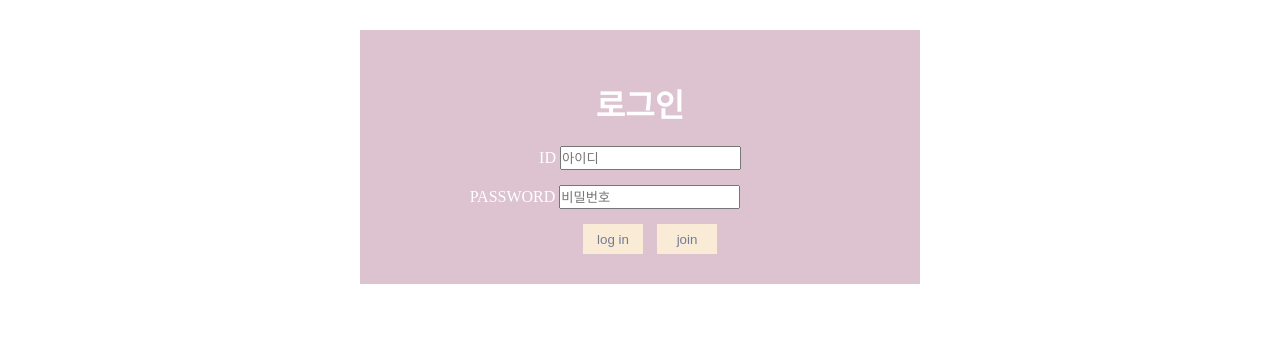
Repository: kayoyo/jsp
Page: http://localhost/BoardWeb_4/login
These files come from the project's save history. The page is drawn as it stood at one moment and after the next save; the edit follows.
The browser window is 1280 px wide. The pictures show the whole page.
The page is served by Tomcat 9. Other server files are loaded and not shown.

Above is the page before, as saved 2020-08-27 05:09:08.

### BoardWeb_4/WebContent/WEB-INF/jsp/user/login.jsp
<%@ page language="java" contentType="text/html; charset=UTF-8"
    pageEncoding="UTF-8"%>
<!DOCTYPE html>
<html>
<head>
<meta charset="UTF-8">
<style>
* { margin:0; padding: 0; }
 a {text-decoration:none; color: black;}
 .err {color: #585858;}
 #container {width: 500px; background-color: #ddc3d0;
 			margin: 0 auto; padding:30px; text-align:center; margin-top: 30px;]}
 h1 {margin: 20px; color: white;}
 .pw {margin-right: 70px;}
 .pw, .id {color: white; margin-bottom: 15px;}
 input {height : 20px;}
 #login {width: 60px; height: 30px; margin-left: 20px;
 		color: #727A9A; background-color: #faebd7; border:none;}
 #join {width: 60px; height: 30px; margin-left: 10px;
 		color: #727A9A; background-color: #faebd7; border:none;}


</style>
<title>로그인</title>
</head>
<body>
	<div id="container">
	<h1>로그인</h1>
	<div class="err">${msg}</div>
	<form action="/login" method="post" id="logFrom">
	<div class="id">ID
	<input type="text" name="user_id" placeholder="아이디" value="${data.user_id}"></div>
	<div class="pw">PASSWORD
	<input type="password" name="user_pw" placeholder="비밀번호"></div>
	<input type="submit" value="log in" id="login">
	<a href="/join"><button id="join">join</button></a>
	</form>
	</div>
</body>
</html>

### BoardWeb_4/src/com/koreait/pjt/user/LoginSer.java
package com.koreait.pjt.user;

import java.io.IOException;
import javax.servlet.ServletException;
import javax.servlet.annotation.WebServlet;
import javax.servlet.http.HttpServlet;
import javax.servlet.http.HttpServletRequest;
import javax.servlet.http.HttpServletResponse;
import javax.servlet.http.HttpSession;

import com.koreait.pjt.Const;
import com.koreait.pjt.MyUtils;
import com.koreait.pjt.ViewResolver;
import com.koreait.pjt.db.UserDAO;
import com.koreait.pjt.vo.LoginHistroryVO;
import com.koreait.pjt.vo.UserVO;


@WebServlet("/login")
public class LoginSer extends HttpServlet {
	private static final long serialVersionUID = 1L;


	protected void doGet(HttpServletRequest request, HttpServletResponse response) throws ServletException, IOException {
		if(request.getRemoteAddr().equals("192.168.2.6")) {
			response.sendRedirect("/blockip");
		}

		ViewResolver.forword("user/login", request, response);
	}
	protected void doPost(HttpServletRequest request, HttpServletResponse response) throws ServletException, IOException {

		String user_id = request.getParameter("user_id");
		String user_pw = request.getParameter("user_pw");
		String encrypt_pw = MyUtils.encryptString(user_pw);

		UserVO param = new UserVO();
		param.setUser_id(user_id);
		param.setUser_pw(encrypt_pw);

		int result = UserDAO.login(param); //param의 주소값

		if(result !=1) {
			request.setAttribute("data", param);
			switch(result) {
			case 2 : request.setAttribute("msg", "비밀번호가 다릅니다");
			break;
			case 3 : request.setAttribute("msg", "아이디가 다릅니다");
			break;
			default : request.setAttribute("msg", "로그인을 실패했습니다");
			}
			param = null;
			doGet(request, response);
			return;
		}

		//로그인 히스토리 기록
		String agent = request.getHeader("User-Agent");
		System.out.println("agent : " + agent);
		String os = getOs(agent);
		String browser = getBrowser(agent);
		String ip_addr = request.getRemoteAddr();

		System.out.println("os : " + os);
		System.out.println("browser : " + browser);
		System.out.println("ip_addr : " + ip_addr);

		LoginHistroryVO ulhVO = new LoginHistroryVO();
		ulhVO.setI_user(param.getI_user());
		ulhVO.setOs(os);
		ulhVO.setIp_addr(ip_addr);
		ulhVO.setBrowser(browser);
		UserDAO.insUserLoginHistory(ulhVO);


		HttpSession hs = request.getSession();
		hs.setAttribute(Const.LOGIN_USER, param);

		System.out.println("로그인 성공");
		response.sendRedirect("/board/list");

	}
	private String getBrowser(String agent) {
		if(agent.toLowerCase().contains("msie")) {
			return "IE";
		} else if(agent.toLowerCase().contains("chrome")) {
			return "chrome";
		} else if(agent.toLowerCase().contains("safari")) {
			return "safari";
		}
		return "";
	}
	private String getOs(String agent) {

		if(agent.contains("mac")) {
			return "mac";
		} else if(agent.toLowerCase().contains("windows")) {
			return "windows";
		} else if(agent.toLowerCase().contains("x11")) {
			return "linux";
		} else if(agent.toLowerCase().contains("android")) {
			return "android";
		} else if(agent.toLowerCase().contains("iphone")) {
			return "ios";
		}
		return "";
	}

}

### BoardWeb_4/src/com/koreait/pjt/ViewResolver.java
package com.koreait.pjt;

import java.io.IOException;

import javax.servlet.ServletException;
import javax.servlet.http.HttpServlet;
import javax.servlet.http.HttpServletRequest;
import javax.servlet.http.HttpServletResponse;

public class ViewResolver {
	public static void forword(String fileNm, HttpServletRequest request, HttpServletResponse response) throws ServletException, IOException{
		String jsp = String.format("/WEB-INF/jsp/%s.jsp", fileNm);
		request.getRequestDispatcher(jsp).forward(request, response);

	}

	//로그인 체크
	public static void forwordLoginChk(String fileNm, HttpServletRequest request, HttpServletResponse response) throws ServletException, IOException {

		if(MyUtils.isLogout(request)) {
			response.sendRedirect("/login"); //로그인이 안되어 있을 때
			return;
		}
		ViewResolver.forword(fileNm, request, response);
	}

}

After the next save:
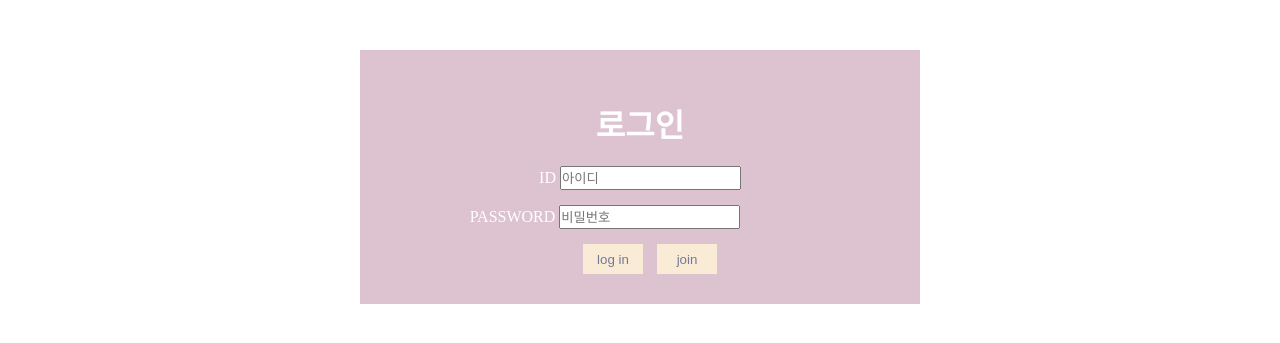
Saved 24 s later.
--- a/BoardWeb_4/WebContent/WEB-INF/jsp/user/login.jsp
+++ b/BoardWeb_4/WebContent/WEB-INF/jsp/user/login.jsp
@@ -9,7 +9,7 @@
  a {text-decoration:none; color: black;}
  .err {color: #585858;}
  #container {width: 500px; background-color: #ddc3d0;
- 			margin: 0 auto; padding:30px; text-align:center; margin-top: 30px;]}
+ 			margin: 0 auto; padding:30px; text-align:center; margin-top: 50px;]}
  h1 {margin: 20px; color: white;}
  .pw {margin-right: 70px;}
  .pw, .id {color: white; margin-bottom: 15px;}
